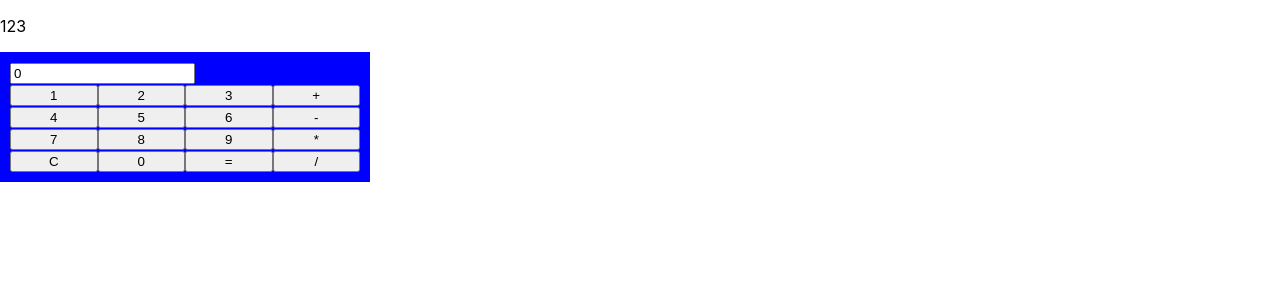
Repository: qudos4real/calculator
Page: /
These files come from the project's save history. The page is drawn as it stood at one moment and after a run of saves; the edit follows.
The browser window is 1280 px wide. The pictures show the whole page.
The project was rebuilt for these pictures with package versions that can differ from the ones it lists, and the page was loaded fresh each time.

Above is the page before, as saved 2022-10-09 02:57:24.

### src/index.css
body {
  margin: 0;
  font-family: -apple-system, BlinkMacSystemFont, 'Segoe UI', 'Roboto', 'Oxygen',
    'Ubuntu', 'Cantarell', 'Fira Sans', 'Droid Sans', 'Helvetica Neue',
    sans-serif;
  -webkit-font-smoothing: antialiased;
  -moz-osx-font-smoothing: grayscale;
}

code {
  font-family: source-code-pro, Menlo, Monaco, Consolas, 'Courier New',
    monospace;
}
   border: 10px solid black;

### src/App.js
import Buttons from "./components/Calculator";
import Screen from "./components/Screen";





function App() {
  return (
    <div>
      <Screen />
         <Buttons />
    </div>
  );
}

export default App;

### src/components/Calculator.js
import React from "react";
import "./Buttons.css";
import { useState } from 'react'

const numbers = [
  [1, 2, 3, "+"],
  [4, 5, 6, "-"],
  [7, 8, 9, "*"],
  ["C", 0, "=", "/"],
];



function Buttons() {
  const [val, setVal] = useState(0)
  return (
    <div className="buttonWrapper">
      <input type="text" className='screen' value={val}/> <br />
      {numbers.flat().map((num) => {
        return (
          <button className="num" key={num} value={num} onClick={(e) => setVal(val + e.target.value)
          } >
            {num}
          </button>
        )
      })}
{/* {numbers.map((num) => {
                return (
                    <button key={num} className="num" value={num} onClick={() => {
                        console.log(`${num} clicked`)
                    }
                    } >{num}</button>
                )
            })} */}
    </div >
  );
}

export default Buttons;

### src/components/Screen.js


import React from 'react'

function Screen() {
    return (
        <div className='screen'>
           <p>123</p>
        </div>
    )
}

export default Screen

### src/components/Buttons.css
.buttonWrapper {
    width: 350px;
    padding: 10px;
    background-color: blue;
}
.num {
    width: 25%;
}

Loaded but not shown: public/index.html (common file); src/index.js (common file)

After the next 2 saves:
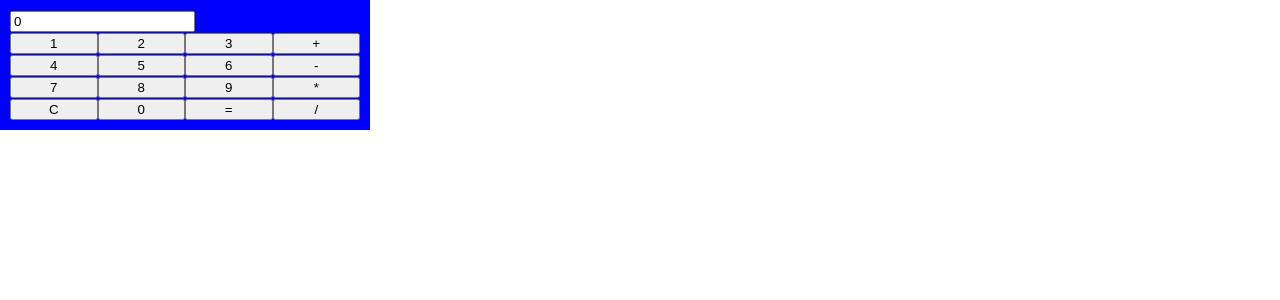
The 2 saves are shown as one change because 1 did not build or start.
The last was saved 43 s later.
--- a/src/App.js
+++ b/src/App.js
@@ -1,5 +1,5 @@
 import Buttons from "./components/Calculator";
-import Screen from "./components/Screen";
+
 
 
 
@@ -8,7 +8,6 @@ import Screen from "./components/Screen";
 function App() {
   return (
     <div>
-      <Screen />
          <Buttons />
     </div>
   );
